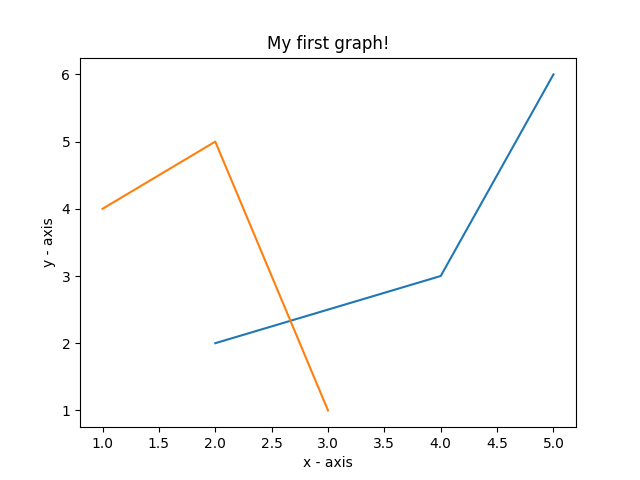
Repository: venu-369/python-basic
Script's output: python graph_plotter/graph.py
The author's editor kept a copy of each file at every save. The script's output is drawn from the files as they stood at one save, then again after the next save.
Random numbers start from a fixed seed.

Above is the script's output before, as saved 2023-01-28 20:45:38.

After the next save:
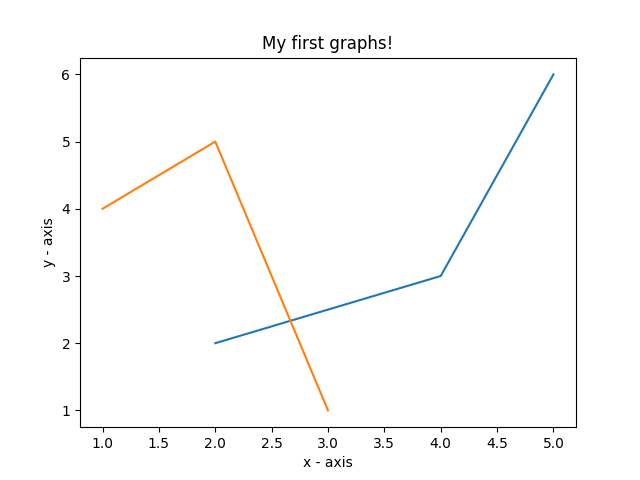
Saved 35 s later.
--- a/graph_plotter/graph.py
+++ b/graph_plotter/graph.py
@@ -10,8 +10,10 @@ y2 = [ 4, 5, 1]
 
 plt.plot(x2,y2, label = 'Line 2')
 
+
+
 plt.xlabel('x - axis')
 plt.ylabel('y - axis')
-plt.title('My first graph!')
+plt.title('My first graphs!')
 
 plt.show()
